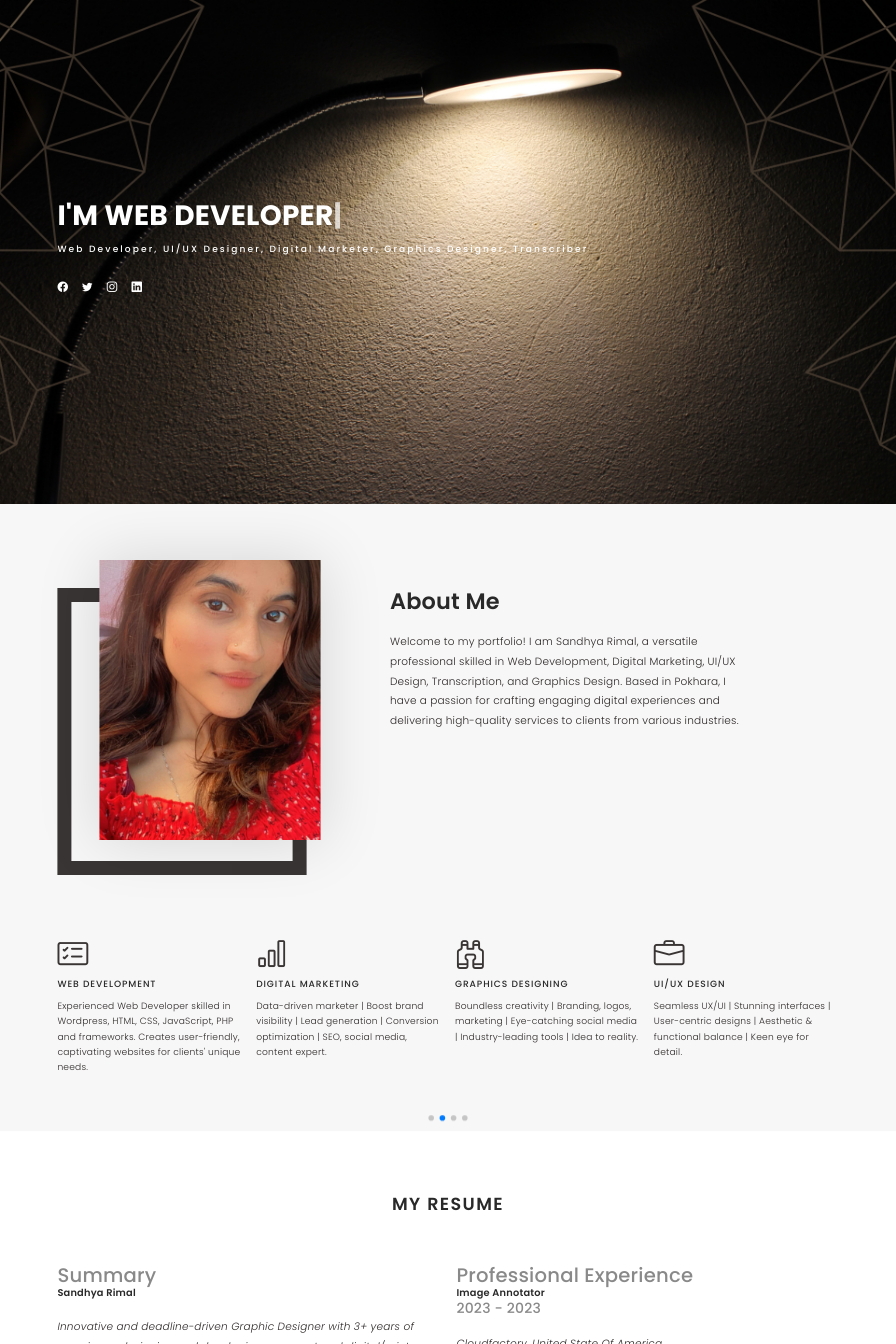
Repository: sandhya8109/portfolio
Page: index.html
The author's editor kept a copy of each file at every save. The page is drawn from the files as they stood at one save, then again after the next save.
The browser window is 1280 px wide. The pictures show the part of the page from y = 0 to 1920 px (the page is 5220 px tall before and 4289 px after), at 70% of full size.
Some web fonts or font styles are not loaded; a fallback is used.

Above is the page before, as saved 2023-11-20 20:07:18.

After the next save:
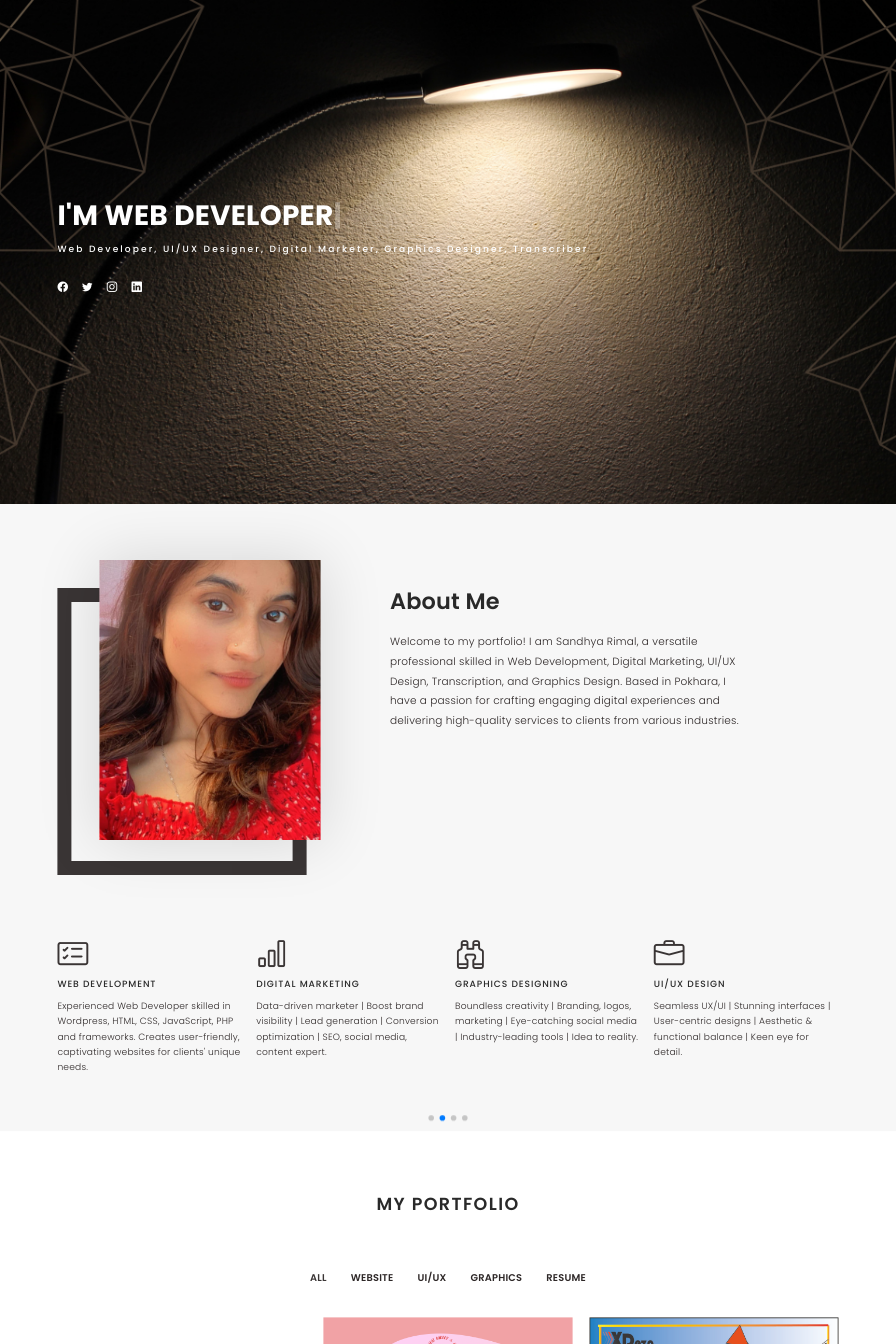
Saved 41 s later.
--- a/index.html
+++ b/index.html
@@ -43,7 +43,7 @@
           <li><a class="nav-link scrollto" href="#about">About</a></li>
           <li><a class="nav-link  scrollto" href="#portfolio">Portfolio</a></li>
           <li><a class="nav-link  scrollto" href="#journal">Blog</a></li>
-          <li><a class="nav-link scrollto" href="#resume">Resume</a></li>
+          <li><a class="nav-link scrollto" href="#about">Resume</a></li>
           <li class="dropdown"><a href="#"><span>Resume</span> <i class="bi bi-chevron-down"></i></a>
             <ul>
               <li><a href="#">Resume</a></li>
@@ -115,7 +115,6 @@
       </div>
     </div><!-- End About Section -->
 
-
     <!-- ======= Services Section ======= -->
     <div id="services">
       <div class="container">
@@ -168,72 +167,7 @@
       </div>
 
     </div><!-- End Services Section -->
-    <div id="resume" class="paddsection">
-
-      <div class="container">
-        <div class="section-title text-center">
-          <h2>My Resume</h2>
-        </div>
-      </div>
-      <div class="container aos-init aos-animate" data-aos="fade-up">
-
-
-
-        <div class="row">
-          <div class="col-lg-6">
-            <h3 class="resume-title">Summary</h3>
-            <div class="resume-item pb-0">
-              <h4>Sandhya Rimal</h4>
-              <p><em>Innovative and deadline-driven Graphic Designer with 3+ years of experience designing and developing user-centered digital/print marketing material from initial concept to final, polished deliverable.</em></p>
-              <ul>
-                <li>Bhajapatan, Pokhara, Nepal</li>
-                <li>+977 9862386184</li>
-                <li>sandyrimal07@gmail.com</li>
-              </ul>
-            </div>
-
-            <h3 class="resume-title">Education</h3>
-            <div class="resume-item">
-              <h4>Bachelor Of Science in Computer Science and Information Technology</h4>
-              <h5>2018 - 2023</h5>
-              <p><em>Mount Annapurna Campus, Pokhara, Nepal</em></p>
-            </div>
-            <div class="resume-item">
-              <h4>High School &amp; +2 Science</h4>
-              <h5>2015 - 2018</h5>
-              <p><em>Mount Annapurna Campus, Pokhara, Nepal</em></p>
-            </div>
-            <div class="resume-item">
-              <h4>Secondary School &amp; SLC</h4>
-              <h5>2009 - 2015</h5>
-              <p><em>Budhanilkantha School, Kathmandu, Nepal</em></p>
-                          </div>
-          </div>
-          <div class="col-lg-6">
-            <h3 class="resume-title">Professional Experience</h3>
-            <div class="resume-item">
-              <h4>Image Annotator</h4>
-              <h5>2023 - 2023</h5>
-              <p><em>Cloudfactory, United State Of America </em></p>
-
-
-            </div>
-            <div class="resume-item">
-              <h4>Graphic design specialist</h4>
-              <h5>2017 - 2018</h5>
-              <p><em>Stepping Stone Advertising, New York, NY</em></p>
-              <ul>
-                <li>Developed numerous marketing programs (logos, brochures,infographics, presentations, and advertisements).</li>
-                <li>Managed up to 5 projects or tasks at a given time while under pressure</li>
-                <li>Recommended and consulted with clients on the most appropriate graphic design</li>
-                <li>Created 4+ design presentations and proposals a month for clients and account managers</li>
-              </ul>
-            </div>
-          </div>
-        </div>
-
-      </div>
-    </section>
+
     <!-- ======= Portfolio Section ======= -->
     <div id="portfolio" class="paddsection">
 
